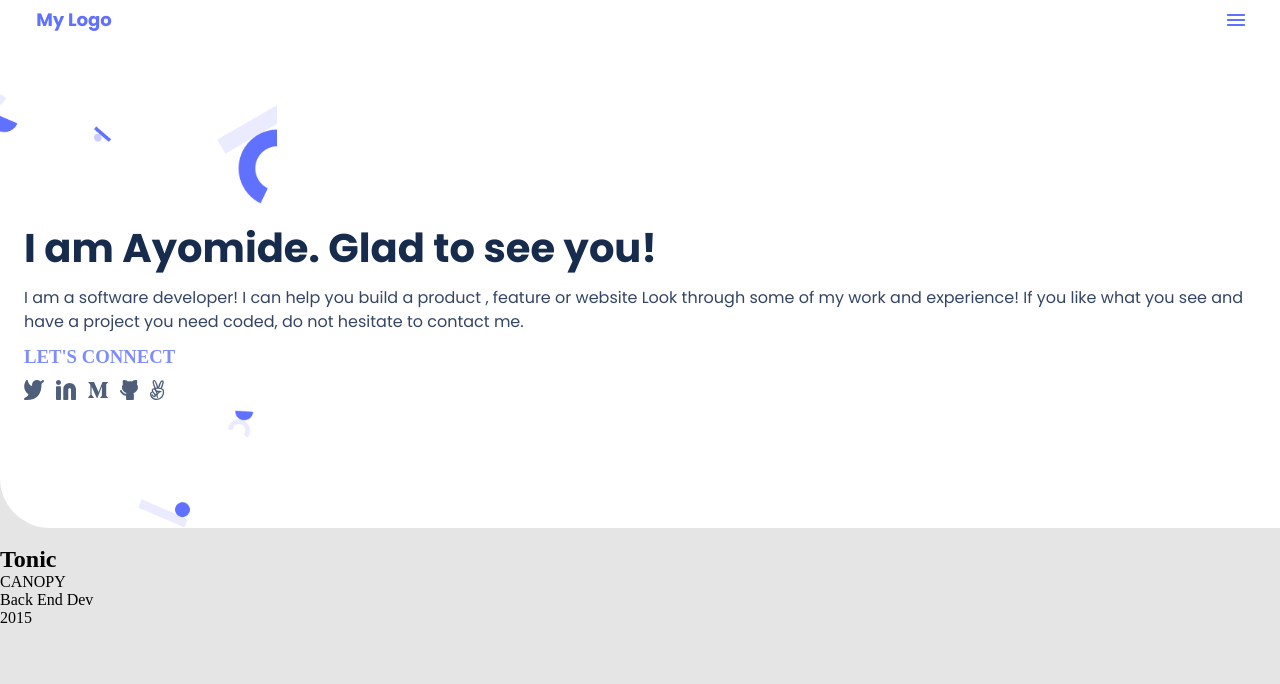
Repository: Paulinelali/potfoilo.github.io
Page: public/index.html
These files come from the project's save history. The page is drawn as it stood at one moment and after a run of saves; the edit follows.
The browser window is 1280 px wide. The pictures show the whole page.

Above is the page before, as saved 2023-03-31 00:41:19.

After the next 2 saves:
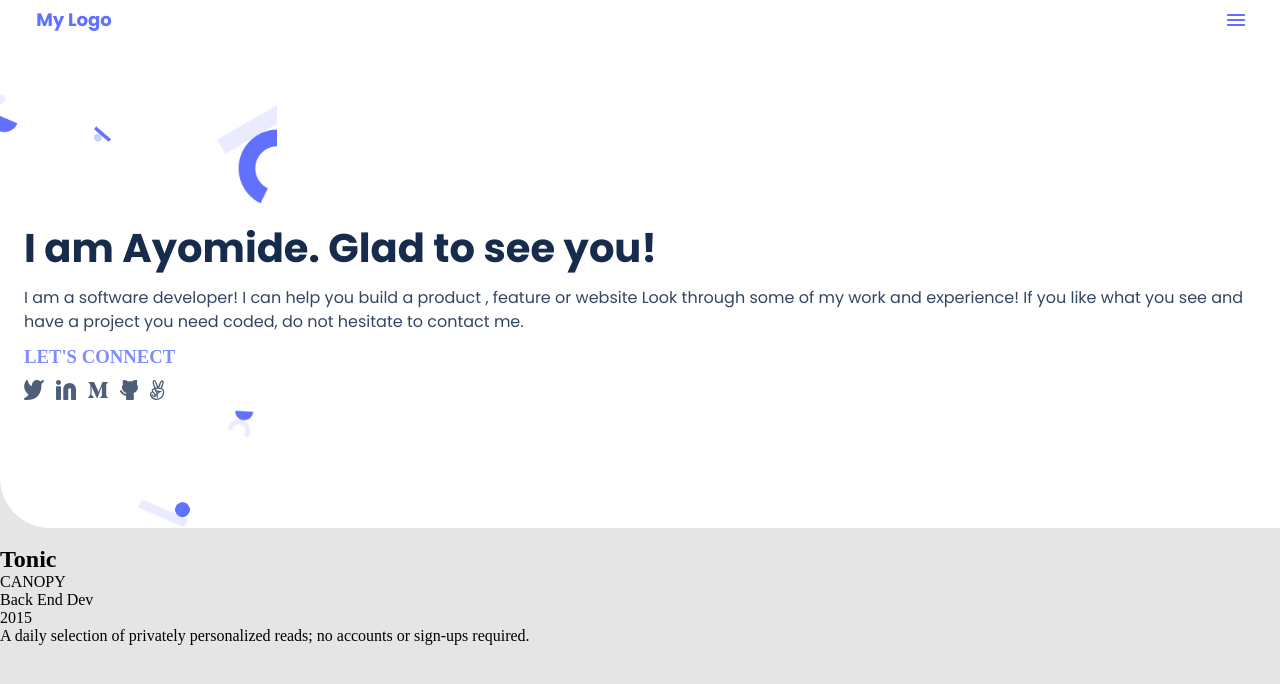
The 2 saves are shown as one change because they came seconds apart.
The last was saved 23 s later.
--- a/public/index.html
+++ b/public/index.html
@@ -53,6 +53,9 @@
                 <li>2015</li>
             </ul>
         </div>
+        <p>
+            A daily selection of privately personalized reads; no accounts or sign-ups required.
+        </p>
     </section>
 </body>
 </html>
